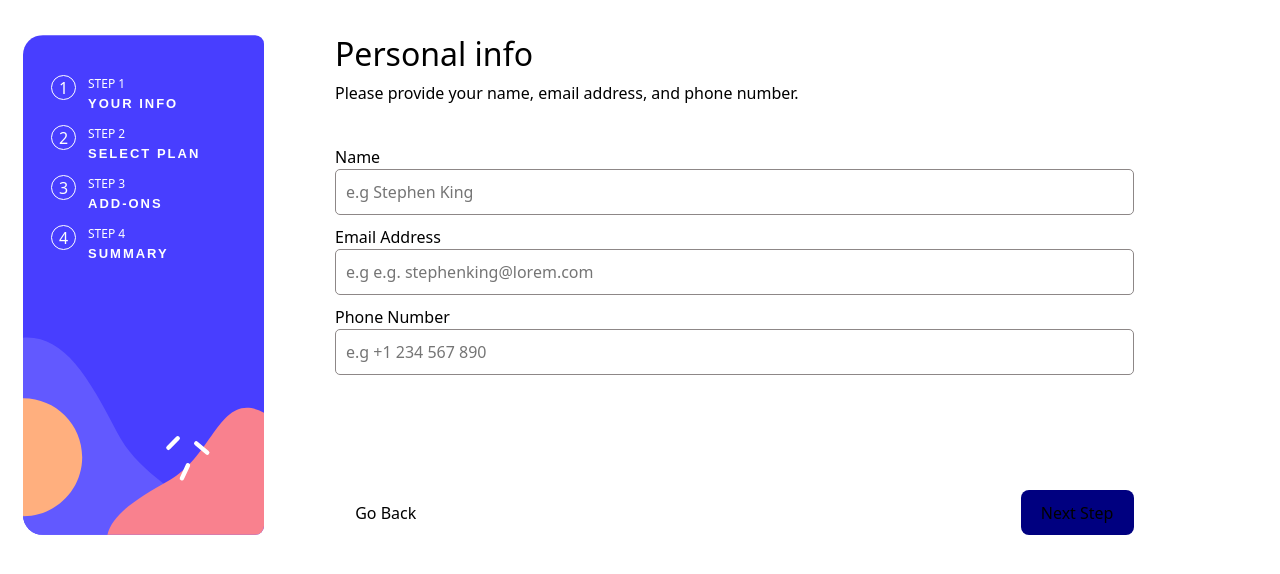
Repository: Celebration-cloud/Multi-Step-Form
Page: /
The author's editor kept a copy of each file at every save. The page is drawn from the files as they stood at one save, then again after the next save.
The browser window is 1280 px wide. The pictures show the whole page.
The project was rebuilt for these pictures with package versions that can differ from the ones it lists, and the page was loaded fresh each time. Also part of the build but not shown: vite.config.js.

Above is the page before, as saved 2023-10-31 16:08:05.

After the next save:
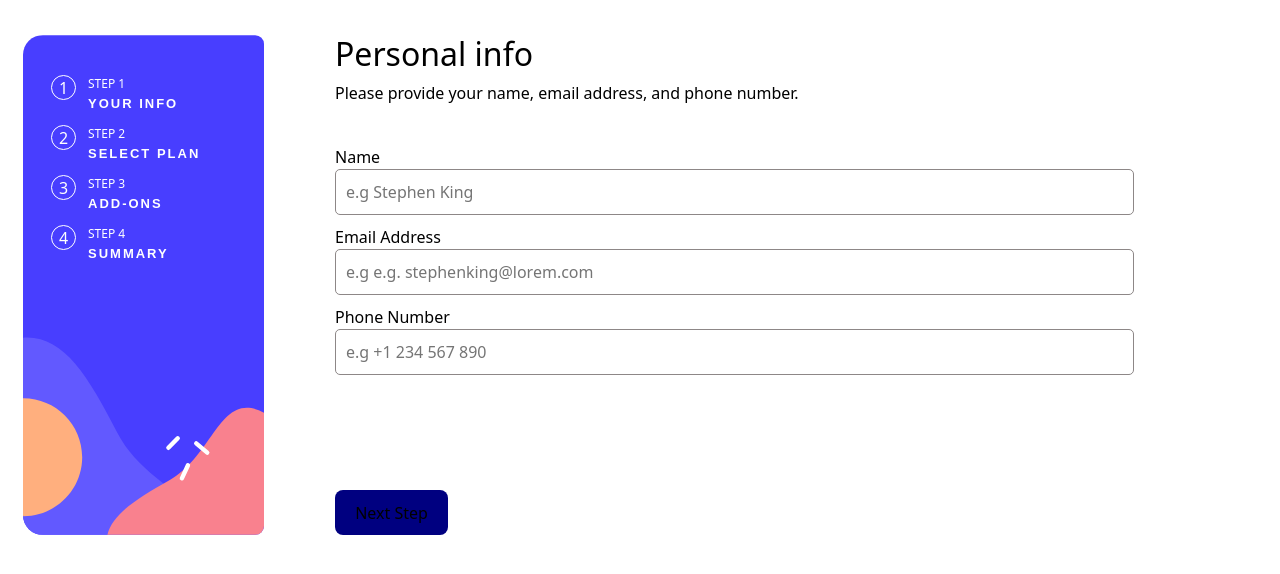
Saved 12 s later.
--- a/src/Procedures/Procedures.jsx
+++ b/src/Procedures/Procedures.jsx
@@ -25,7 +25,7 @@ function Procedures() {
     <form className='forms'>
       {slide[pages - 1]}
       <div className="submitStyle">
-        {slide !== 0 && <GoBack handlePrev={handlePrev}/>}
+        {slide === 0 && <GoBack handlePrev={handlePrev}/>}
         <Submit handleNext={handleNext}/>
       </div>
     </form>
